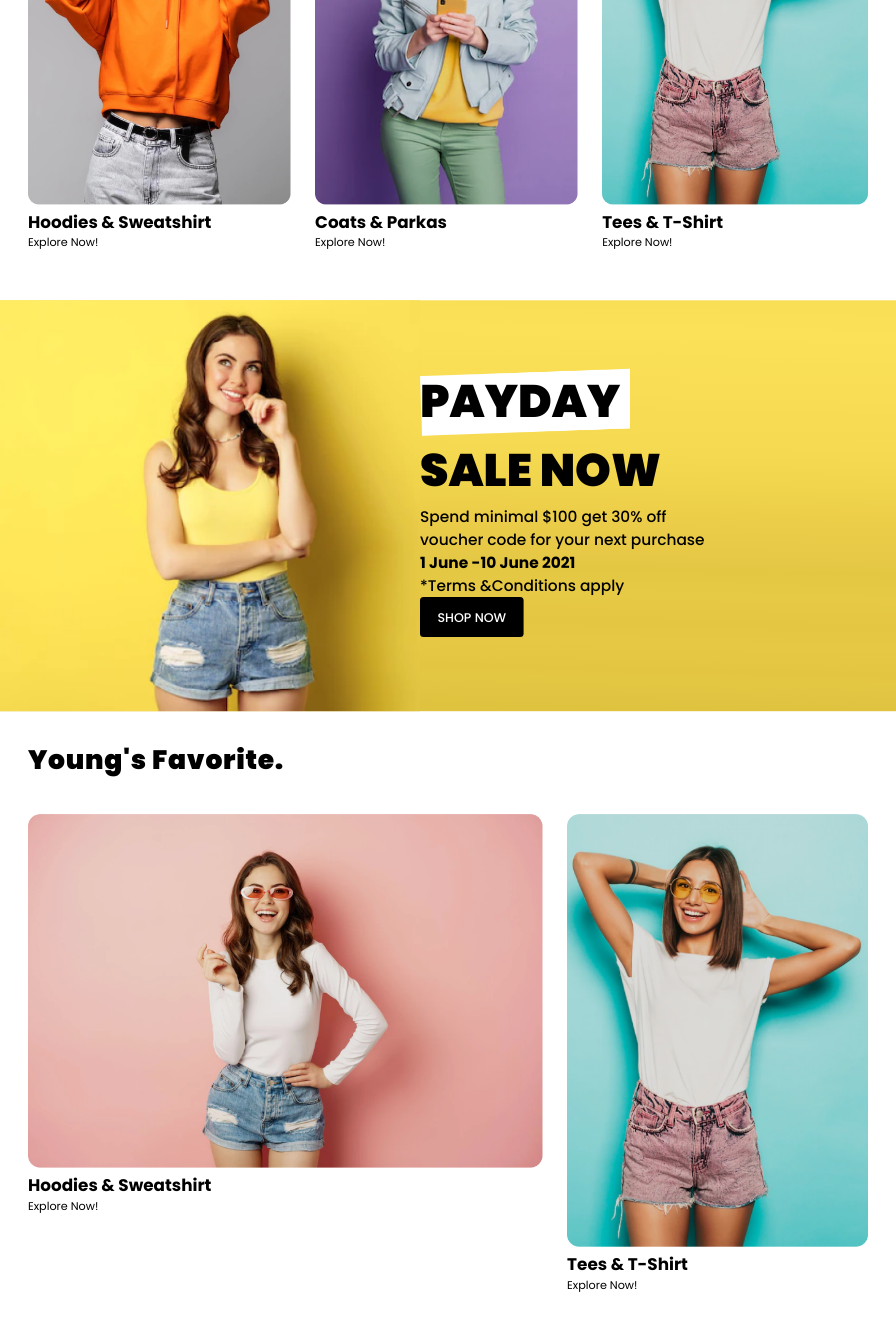
Repository: isaacCodes1/FashionSite
Page: index.html
The author's editor kept a copy of each file at every save. The page is drawn from the files as they stood at one save, then again after a run of saves.
The browser window is 1280 px wide. The pictures show the part of the page from y = 1260 to 3180 px (the page is 3178 px tall before and 3180 px after), at 70% of full size.

Above is the page before, as saved 2024-03-13 09:29:06.

### index.html
<!DOCTYPE html>
<html lang="en">
  <head>
    <meta charset="UTF-8" />
    <meta name="viewport" content="width=device-width, initial-scale=1.0" />
    <title>Shopping Site Assignment</title>
    <link rel="stylesheet" href="style.css" />
  </head>
  <body>
    <header>
      <nav>
        <div class="image">
          <a href="#"><img src="/Assets/Vector.png" />FASHION</a>
        </div>
        <div class="navItems">
          <ul>
            <li><a href="#">CATALOGUE</a></li>
            <li><a href="#">FASHION</a></li>
            <li><a href="#">FAVORITE</a></li>
            <li><a href="#">LIFESTYLE</a></li>
          </ul>
          <button>SIGN UP</button>
        </div>
      </nav>
    </header>
    <main>
      <section class="firstPageCont">
        <div class="FirstPage">
          <div class="txtCont">
            <h1>
              <span class="spn1">LET'S <br /></span>EXPLORE <br />
              <span class="spn2">UNIQUE <br /></span>CLOTHES.
            </h1>
            <p>Live for Influential and Innovative fashion!</p>
            <div class="txtBtn">
              <img src="/Assets/Vector 9.png" alt="" />
              <button class="btns">Shop Now</button>
            </div>
          </div>
          <div class="imgCont">
            <div class="star1"><img src="/Assets/Star 11.png" alt="" /></div>
            <div class="star2"><img src="/Assets/Star 11.png" alt="" /></div>
            <div class="star3"><img src="/Assets/Star 11.png" alt="" /></div>
            <div class="star4"><img src="/Assets/Star 11.png" alt="" /></div>
            <img src="/Assets/girl.png" alt="" />
          </div>
        </div>
      </section>
      <section class="firstPageFooter">
        <div class="logoCont">
          <img src="/Assets/HM.png" alt="" />
          <img src="/Assets/Obey.png" alt="" />
          <img src="/Assets/Shopify.png" alt="" />
          <img src="/Assets/Lacoste.png" alt="" />
          <img src="/Assets/Levis.png" alt="" />
          <img src="/Assets/Amazon.png" alt="" />
        </div>
      </section>
      <section class="nextPageCont">
        <div class="nextPageText">
          <h1>NEW ARRIVALS</h1>
          <img src="/Assets/Vector 9.png" alt="" />
        </div>
        <div class="prettyImages">
          <div class="Images">
            <div class="prettyImg">
              <img src="/Assets/image1.png" alt="" />
            </div>
            <div class="prettyText">
              <div class="txtIcon">
                <h1>Hoodies & Sweatshirt</h1>
                <p>Explore Now!</p>
              </div>
              <div class="icons"></div>
            </div>
          </div>
          <div class="Images">
            <div class="prettyImg">
              <img src="/Assets/image2.png" alt="" />
            </div>
            <div class="prettyText">
              <div class="txtIcon">
                <h1>Coats & Parkas</h1>
                <p>Explore Now!</p>
              </div>
              <div class="icons"></div>
            </div>
          </div>
          <div class="Images">
            <div class="prettyImg">
              <img src="/Assets/image3.png" alt="" />
            </div>
            <div class="prettyText">
              <div class="txtIcon">
                <h1>Tees & T-Shirt</h1>
                <p>Explore Now!</p>
              </div>
              <div class="icons"></div>
            </div>
          </div>
        </div>
      </section>
      <section class="payDay">
        <div class="genDiv">
          <div class="yellowImg">
            <img src="/Assets/image 12.png" alt="" />
          </div>
          <div class="yellowTxt">
            <h1><span class="spn3">PAYDAY</span>SALE NOW</h1>
            <p>
              Spend minimal $100 get 30% off <br />voucher code for your next
              purchase
            </p>
            <p><strong>1 June -10 June 2021</strong></p>
            <p class="para">*Terms &Conditions apply</p>
            <button class="btn">SHOP NOW</button>
          </div>
        </div>
      </section>

      <section class="nextPageCont">
        <div class="nextPageText">
          <h1>Young's Favorite.</h1>
          <img src="/Assets/rectangle1.png" alt="" />
        </div>
        <div class="prettyImages">
          <div class="Images">
            <div class="prettyImg">
              <img src="/Assets/Rectangle 49.png" alt="" />
            </div>
            <div class="prettyText">
              <div class="txtIcon">
                <h1>Hoodies & Sweatshirt</h1>
                <p>Explore Now!</p>
              </div>
              <div class="icons"></div>
            </div>
          </div>

          <div class="Images">
            <div class="prettyImg">
              <img src="/Assets/image3.png" alt="" />
            </div>
            <div class="prettyText">
              <div class="txtIcon">
                <h1>Tees & T-Shirt</h1>
                <p>Explore Now!</p>
              </div>
              <div class="icons"></div>
            </div>
          </div>
        </div>
      </section>
    </main>
  </body>
</html>

### style.css
@import url("https://fonts.googleapis.com/css2?family=Poppins:ital,wght@0,100;0,200;0,300;0,400;0,500;0,600;0,700;0,800;0,900;1,100;1,200;1,300;1,400;1,500;1,600;1,700;1,800;1,900&display=swap");
* {
  margin: 0;
  padding: 0;
  box-sizing: border-box;
  font-family: "Poppins", sans-serif;
}
nav {
  display: flex;
  align-items: center;
  justify-content: space-between;
  width: 100%;
  padding: 20px 40px;
}
.image a {
  display: flex;
  align-items: center;
  gap: 6px;
  text-decoration: none;
  color: #000;
  font-size: 16px;
  font-weight: 900;
}
.image a img {
  width: 16%;
}
.navItems {
  display: flex;
  gap: 30px;
  align-items: center;
}
.navItems ul {
  display: flex;
  gap: 30px;
  list-style: none;
}
.navItems ul li a {
  text-decoration: none;
  color: #000;
  font-size: 16px;
  font-weight: 500;
}
.navItems ul li:hover {
  transform: scale(1.05);
  transition: 1s ease-in-out;
}
.navItems button {
  border: 0;
  background: #000;
  padding: 10px 20px;
  color: #fff;
  border-radius: 5px;
  font-size: 13px;
}
.navItems button:hover {
  transform: scale(1.05);
  transition: 1s ease-in-out;
  color: #000;
  background: rgb(137, 136, 136);
}
/* firstPageCtn */
.firstPageCont {
  padding: 20px 40px;
}
.FirstPage {
  display: flex;
  flex: 1;
  width: 100%;
  height: 90vh;
  padding: 40px 10px 0px 10px;
  border-radius: 30px;
  background: #f4f6f5;
}
.txtCont {
  display: flex;
  flex: 0.5;
  flex-direction: column;
  gap: 10px;
  padding-left: 40px;
}

.txtCont h1 {
  font-size: 64px;
  font-weight: 900;
  width: 50%;
  line-height: 75px;
}

.txtCont p {
  font-size: 20px;
}
.txtBtn {
  display: flex;
  align-items: center;
  width: 80%;
  margin-top: 10px;
  gap: 10px;
}
.btns {
  border: 0;
  background: #000;
  padding: 10px 20px;
  color: #fff;
  border-radius: 5px;
  font-size: 13px;
}
.btns:hover {
  transform: scale(1.05);
  transition: 1s ease-in-out;
  color: #000;
  background: rgb(137, 136, 136);
}
.txtBtn img {
  width: 100px;
}
.imgCont {
  flex: 0.5;
  display: flex;
  position: relative;
}
.star1 {
  position: absolute;
  top: 5px;
  left: 10px;
}
.star1 img {
  width: 30px;
}
.star2 {
  position: absolute;
  top: 20px;
  left: 450px;
}
.star2 img {
  width: 30px;
}
.star3 {
  position: absolute;
  bottom: 10px;
  left: 70px;
}
.star3 img {
  width: 30px;
}
.star4 {
  position: absolute;
  bottom: 20px;
  left: 400px;
}
.star4 img {
  width: 30px;
}
.spn1 {
  display: flex;
  align-items: center;
  background-image: url(/Assets/rectangle1.png);
  background-size: cover;
  background-repeat: no-repeat;
  width: 100%;
}
.spn2 {
  background-image: url(/Assets/Rectangle2.png);
  background-size: cover;
  background-repeat: no-repeat;
  padding-right: 50px;
}
/* next Page */
.firstPageFooter {
  background: #ebd96b;
  padding: 20px 30px;
  display: flex;
  align-items: center;
  justify-content: center;
}
.logoCont {
  display: flex;
  justify-content: center;
  gap: 50px;
}
.logoCont img {
  width: 7%;
}
.nextPageCont {
  margin-top: 20px;
  padding: 20px 40px;
  display: flex;
  flex-direction: column;
  gap: 50px;
  margin-bottom: 50px;
}
.nextPageText {
  position: relative;
}
.nextPageText h1 {
  font-size: 38px;
  letter-spacing: 1px;
  font-weight: 900;
}
.nextPageText img {
  position: absolute;
  bottom: 5px;
  left: 160px;
  width: 10%;
  z-index: -1;
}
.prettyImages {
  display: flex;
  gap: 35px;
}
.Images {
  /* display: flex; */
  /* flex-direction: column; */
}
.prettyImg img {
  width: 100%;
}
.payDay {
  background: linear-gradient(
    1.32deg,
    #e0c340 0.13%,
    #dfc23e 3.97%,
    #e1c441 7.2%,
    #e3c743 10.13%,
    #e4c542 12.98%,
    #e6c744 15.99%,
    #e7c845 19.52%,
    #e5c643 23.96%,
    #e6c945 30.43%,
    #e3c743 36.49%,
    #e9ca48 42.49%,
    #edce49 49.35%,
    #f0d44c 55.42%,
    #f4d84f 61.43%,
    #f6da52 65.74%,
    #f7db53 72.23%,
    #f9dd55 77.43%,
    #f9df56 83.84%,
    #fae157 91.52%,
    #f9df56 97.87%
  );
}
.yellowTxt {
  flex-direction: column;
  margin-bottom: 10px;
}
.yellowTxt h1 {
  font-size: 65px;
  font-weight: 900;
}
.yellowTxt p {
  font-size: 22px;
  font-weight: 500;
}
.yellowImg img {
  flex: 0.5;
  display: flex;
  width: 600px;
  position: relative;
}

.genDiv {
  display: flex;
  align-items: center;
}
.btn {
  border: 0;
  background: #000;
  padding: 15px 25px;
  color: #fff;
  border-radius: 5px;
  font-size: 18px;
  font-weight: 500;
}
.btn:hover {
  transform: scale(1.05);
  transition: 1s ease-in-out;
  color: #000;
  background: rgb(137, 136, 136);
}
.spn3 {
  display: flex;
  background-image: url(/Assets/rectangle1.png);
  background-size: cover;
  background-repeat: no-repeat;
  width: 300px;
}
.nxtSect {
  margin-top: 20px;
  padding: 20px 40px;
  display: flex;
  flex-direction: column;
  gap: 50px;
  margin-bottom: 50px;
}
.nxtSectText {
  position: relative;
}
.nxtSectText h1 {
  font-size: 38px;
  letter-spacing: 1px;
  font-weight: 900;
}
.nxtSectText img {
  position: absolute;
  bottom: 6px;
  left: 250px;
  width: 10%;
  z-index: -1;
}
.girlsSectn {
  display: flex;
  gap: 30px;
}
.section {
  /* display: flex; */
  flex-direction: column;
}
.girlsImg {
  padding-bottom: 40px;
  display: flex;
  flex-direction: column;
}
.girlsImg img {
  width: 100%;
  /* display: flex; */
}
.girlsImg1 {
  /* margin-left: 500px; */
}
.girlsImg1 img {
  width: 100%;
}
.assetText{
  display: flex;
  flex-direction: column;
}

After the next 2 saves:
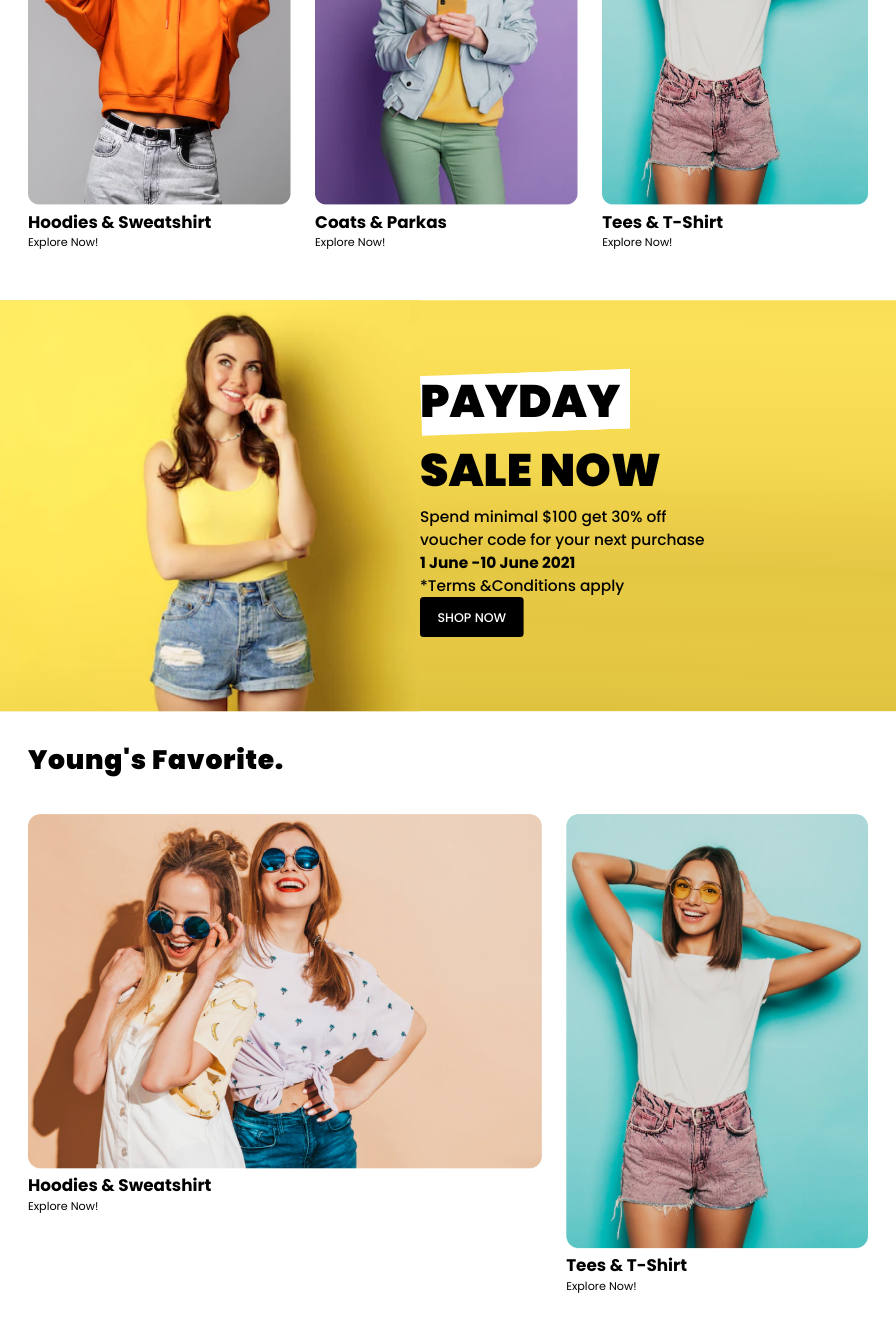
The 2 saves are shown as one change because they came seconds apart.
The last was saved 8 s later.
--- a/index.html
+++ b/index.html
@@ -126,7 +126,7 @@
         <div class="prettyImages">
           <div class="Images">
             <div class="prettyImg">
-              <img src="/Assets/Rectangle 49.png" alt="" />
+              <img src="/Assets/Girls.png" alt="" />
             </div>
             <div class="prettyText">
               <div class="txtIcon">
